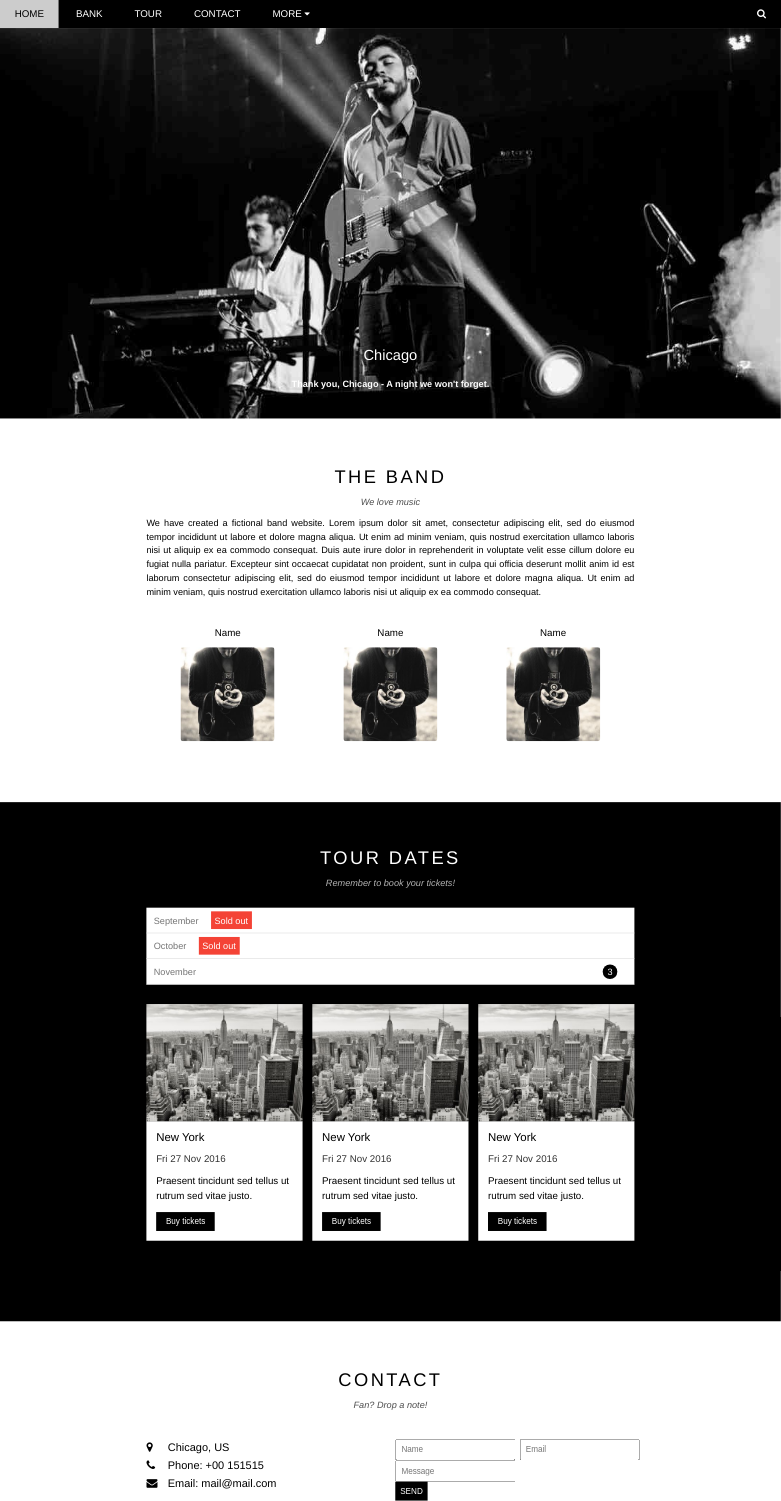
Repository: vuongtm1999/TheBand_W3School
Page: index.html
The author's editor kept a copy of each file at every save. The page is drawn from the files as they stood at one save, then again after the next save.
The browser window is 1280 px wide. The pictures show the whole page, at 61% of full size.

Above is the page before, as saved 2022-08-28 11:02:14.

### index.html
<!DOCTYPE html>
<html lang="en">
<head>
    <meta charset="UTF-8">
    <meta http-equiv="X-UA-Compatible" content="IE=edge">
    <meta name="viewport" content="width=device-width, initial-scale=1.0">
    <title>Document</title>
    <link rel="stylesheet" href="./assets/css/style.css">
    <link rel="stylesheet" href="https://cdnjs.cloudflare.com/ajax/libs/font-awesome/4.7.0/css/font-awesome.min.css">

</head>
<body>
        <div id="header">
            <!-- begin: nav -->
            <ul id="nav">
                <li><a href="#">Home</a></li>
                <li><a href="#">Bank</a></li>
                <li><a href="#">Tour</a></li>
                <li><a href="#">Contact</a></li>
                <li>
                    <a href="#">More <i style="font-size: 15px;" class="fa fa-caret-down"></i></a>
                    <ul class="subnav">
                        <li><a href="#">Merchandise</a></li>
                        <li><a href="#">Extras</a></li>
                        <li><a href="#">Media</a></li>
                    </ul>
                </li>
            </ul>
            <!-- end: nav -->

            <!-- begin: search button -->
            <div class="search-button">
                <i class="fa fa-search"></i>
            </div>
            <!-- end: search button -->
        </div>

        <div id="slider">
            <div class="text-content">
                <div class="container">
                    <h3 class=text-heading>
                        Chicago
                    </h3>
                    <div class="text-description">
                        Thank you, Chicago - A night we won't forget.
                    </div>
                </div>
            </div>
        </div>

        <div id="content">
            <!-- about section -->
            <div class="content-section">
                <h2 class="section-heading">THE BAND</h2>
                <p class="section-sub-heading">We love music</p>
                <p class="section-about-text">We have created a fictional band website. Lorem ipsum dolor sit amet, consectetur adipiscing elit, sed do eiusmod tempor incididunt ut labore et dolore magna aliqua. Ut enim ad minim veniam, quis nostrud exercitation ullamco laboris nisi ut aliquip ex ea commodo consequat. Duis aute irure dolor in reprehenderit in voluptate velit esse cillum dolore eu fugiat nulla pariatur. Excepteur sint occaecat cupidatat non proident, sunt in culpa qui officia deserunt mollit anim id est laborum consectetur adipiscing elit, sed do eiusmod tempor incididunt ut labore et dolore magna aliqua. Ut enim ad minim veniam, quis nostrud exercitation ullamco laboris nisi ut aliquip ex ea commodo consequat.</p>

                <div class="member-list">

                    <div class="col col-third">
                        <p class="member-name">Name</p>
                        <img class="member-image" src="assets/img/bandmember.jpg" alt="member">
                    </div>

                    <div class="col col-third">
                        <p class="member-name">Name</p>
                        <img class="member-image" src="assets/img/bandmember.jpg" alt="member">
                    </div>

                    <div class="col col-third">
                        <p class="member-name">Name</p>
                        <img class="member-image" src="assets/img/bandmember.jpg" alt="member">
                    </div>

                    <div class="clearFloat"></div>
                </div>
            </div>

            <!-- TOUR DATES section -->
            <div class="tour-section">
                <div class="content-section">
                    <h2 class="section-heading">TOUR DATES</h2>
                    <p class="section-sub-heading">Remember to book your tickets!</p>

                    <br>

                    <ul class="ticket-list">
                        <li>September <span class="soldout">Sold out</span></li>
                        <li>October <span class="soldout">Sold out</span></li>
                        <li>November <span class="quantity">3</span></li>
                    </ul>

                    <div class="row place-ticket">

                        <div class="col col-third">
                            <img src="assets/img/place/newyork.jpg" alt="img-ticket" class="place-img">
                            <div class="place-body">
                                <h3 class="place-city">New York</h3>
                                <p class="place-time">Fri 27 Nov 2016</p>
                                <p class="place-description">Praesent tincidunt sed tellus ut rutrum sed vitae justo.</p>
                                <button class="place-buy-tickets btn-common js-buy-ticket">Buy tickets</button>
                            </div>
                        </div>

                        <div class="col col-third">
                            <img src="assets/img/place/newyork.jpg" alt="img-ticket" class="place-img">
                            <div class="place-body">
                                <h3 class="place-city">New York</h3>
                                <p class="place-time">Fri 27 Nov 2016</p>
                                <p class="place-description">Praesent tincidunt sed tellus ut rutrum sed vitae justo.</p>
                                <button class="place-buy-tickets btn-common js-buy-ticket">Buy tickets</button>
                            </div>
                        </div>

                        <div class="col col-third">
                            <img src="assets/img/place/newyork.jpg" alt="img-ticket" class="place-img">
                            <div class="place-body">
                                <h3 class="place-city">New York</h3>
                                <p class="place-time">Fri 27 Nov 2016</p>
                                <p class="place-description">Praesent tincidunt sed tellus ut rutrum sed vitae justo.</p>
                                <button class="place-buy-tickets btn-common js-buy-ticket">Buy tickets</button>
                            </div>
                        </div>

                        <div class="clearFloat"></div>
                    </div>
                </div>
            </div>



            <!-- CONTACT section -->
            <div class="content-section">
                <h2 class="section-heading">CONTACT</h2>
                <p class="section-sub-heading">Fan? Drop a note!</p>

                <div class="row contact-items">
                    <div class="col col-half contact-info">
                        <p><i class="fa fa-map-marker" aria-hidden="true"></i>   Chicago, US</p>
                        <p><i class="fa fa-phone" aria-hidden="true"></i> Phone: +00 151515</p>
                        <p><i class="fa fa-envelope" aria-hidden="true"></i>  Email: mail@mail.com</p>
                    </div>
                    <div class="col col-half contact-form">
                        <div class="row">
                            <div class="col col-half">
                                <input type="text" placeholder="Name" class="p-8 contact-input-name">
                            </div>
                            <div class="col col-half">
                                <input type="text" placeholder="Email" class="p-8 contact-input-email">
                            </div>

                        </div>
                        <div class="row">
                            <div class="col col-full">
                                <input type="text" placeholder="Message" class="p-8 contact-input-email">
                            </div>
                        </div>

                        <button class="p-8 contact-btn-send btn-common">SEND</button>
                    </div>


                </div>

            </div>

        </div>

        <!-- Modal dialog -->
        <div class="modal js-modal">
            <div class="modal-container js-modal-container">
                <i class="fa fa-times close-icon js-close-icon" aria-hidden="true"></i>
                <header class="modal-header">
                    <i class="fa fa-suitcase mr-5"></i>
                     Tickets
                </header>
                <div class="modal-body">
                    <label for="quantity-sticket" class="modal-label">
                        <i class="fa fa-shopping-cart" aria-hidden="true"></i>
                        Tickets, $15 per person
                    </label>
                    <input type="text" id="quantity-sticket" class="quantity-sticketet" placeholder="How many?">

                    <label for="send-to-sticket" class="modal-label">
                        <i class="fa fa-user" aria-hidden="true"></i>
                        Send to
                    </label>
                    <input type="text" id="send-to-sticket" class="send-to-sticket" placeholder="Enter email" class=placeholder="Enter email">

                    <button id="btn-pay" class="btn-pay">PAY <i class="fa fa-check" aria-hidden="true"></i></button>
                </div>

                <div class="modal-footer">
                    <button class="btn-close js-close-btn">Close <i class="fa fa-times" aria-hidden="true"></i></button>

                    <div class="modal-text-help">Need <a href="#" id="btn-help">help?</a></div>
                </div>
            </div>
        </div>

        <div id="footer">

        </div>
    </div>

    <script>
        const buyBtns = document.querySelectorAll('.js-buy-ticket');
        const modal = document.querySelector('.js-modal');
        const closeBtn = document.querySelector('.js-close-btn');
        const closeIcon = document.querySelector('.js-close-icon');
        const modalContainer = document.querySelector('.js-modal-container');

        function showTicketDialog(){
            modal.classList.add('modal-open')
        }

        function hideTicketDialog(){
            modal.classList.remove('modal-open')
        }

        for(const buyBtn of buyBtns){
            buyBtn.addEventListener('click', showTicketDialog);
        }

        closeBtn.addEventListener('click', hideTicketDialog);
        closeIcon.addEventListener('click', hideTicketDialog);

        //Dong khi click ra ngoai modal
        modal.addEventListener('click', hideTicketDialog);
        modalContainer.addEventListener('click', function(even) {
            even.stopPropagation()
        });

        // buyBtns.forEach(function (buyBtn) {
        //     buyBtn.addEventListener('click', showTicketDialog())
        // })
    </script>
</body>
</html>

### assets/css/style.css
/* reset CSS */
* {
    margin: 0;
    padding: 0;
    box-sizing: border-box;
}

html {
    font-family: Helvetica, Arial, sans-serif;
}

#nav, .subnav, li{
    list-style-type: none;
}

#nav{
    display: inline-block;
}

/* Common */
.clearFloat{
    /* Khac phuc khi dung float :left */
    clear: both;
}

.btn-common{
    color: white;
    background-color: #000;
    border: none;
}

.btn-common:hover{
    background-color: #ccc;
    color: #000;
}

.row{
    margin-left: -8px;
    margin-right: -8px;
}

.col{
    float: left;
    padding-left: 8px;
    padding-right: 8px;
}

.col-full{
    width: 100%;
}

.col-half{
    width: 50%;
}

.col-third{
    width: 33.3333%;
}

.text-center{
    text-align: center;
}

.p-8{
    padding: 8px;
}

/*
Nguyen tac lam viec
1. Vi tri
2. Kich thuoc
3. Mau sac
4. Kieu dang (kieu chu, hinh tron hay hinh vuong,...)
*/

/*
Tu ngoai vao trong
Tu tren xuong duoi
TU tong quan den chi tiet
 */

#main {}

#header {
    position: fixed;
    z-index: 1;
    height: 46px;
    background-color: #000;
    color: #fff;
    top: 0;
    left: 0;
    right: 0;
}

#nav li {
    text-decoration: none;
    line-height: 46px;
}

a{
    text-decoration: none;
}

#nav > li > a {
    /* display: inline-block; */
    padding: 0px 24px;
    color: #ffffff;
    text-transform: uppercase;
}

#nav > li {
    display: inline-block;
}

#nav li:last-child {
    position: relative;
}

#nav .subnav {
    background-color: #fff;
    position: absolute;
    display: none;
    top: 100%;
    left: 0;
    box-shadow:  0px 0px 10px rgba(0, 0, 0, 0.3);
    min-width: 160px;
}

#nav .subnav a{
    color: #000;
    padding: 0px 12px;
    line-height: 30px;
    display: inline-block;
    width: 100%;
}

#nav .subnav li:hover,
#nav > li:hover > a {
    color: #000;
    background-color: #ccc;
    display: block;
}

#nav > li:last-child:hover .subnav{
    display: block;
}

/* search btn */
#header .search-button{
    float: right;
    line-height: 46px;
    padding: 0 24px;
}

#header .search-button:hover{
    background-color: #f44336;
    cursor: pointer;
}

#slider {
    /* background-color: rgb(27, 22, 22); */
    margin-top: 46px;
/* padding-top bang 50% chieu rong cua thanh phan do */
    padding-top: 50%;
    position: relative;
    background: url("/assets/img/chicago.jpg") top center / cover no-repeat;
}

#slider .text-content{
    position: absolute;
    color: white;
    bottom: 48px;

    /* cach 1 */
    /* left: 50%;
    transform: translateX(-50%); */
    /* cach 2 */
    /* left: 0;
    right: 0; */
    /* cach 3 */
    width: 100%;
    text-align: center;
}

.text-heading{
    font-size: 24px;
    font-weight: 400;
}

.text-description{
    margin-top: 25px;
    font-weight: bolder;
    font-size: 15px;
}

#content .content-section{
    width: 800px;
    padding: 64px 0;
    margin-left: auto;
    margin-right: auto;
}

.content-section .section-heading,
.content-section .section-about-text{
    margin: 15px 0px;
}

.content-section .section-heading,
.content-section .section-sub-heading{
    text-align: center;
}

.content-section .section-sub-heading{
    font-size: 15px;
    opacity: 0.7;
    font-style: italic;
}

.content-section .section-heading{
    font-size: 30px;
    font-weight: 500;
    letter-spacing: 4px;
}

.content-section .section-about-text{
    /* line-height khong co px */
    line-height: 1.5;
    font-size: 15px;
    text-align: justify;
}

.content-section .member-list{
    margin: 32px 0;
    text-align: center;
    /* Khac phuc khi dung float :left */
    /* overflow: hidden; */
}

.content-section .member-name{
    margin: 15px 0;
}

.content-section .member-image{
    width: 154px;
    border-radius: 4px;
}

/* Tour section */
.tour-section{
    background-color: #000;
    min-height: 851px;
}

/*  begin: tour section */
.tour-section .section-heading,
.tour-section .section-sub-heading{
    color: white !important;
}

.tour-section .section-heading{
    margin: 10px 0;
}

.tour-section .section-sub-heading{
    margin: 15px 0;
}

.ticket-list{
    background-color: white;
}

.ticket-list > li{
    font-size: 15px;
    padding: 12px;
    border-bottom: 1px solid #ddd;
    color: #757575;
}

.soldout{
    background-color: #f44336;
    padding: 6px;
    margin-left: 16px;
    color: #fff;
}

.quantity{
    float: right;
    margin-right: 16px;
    background-color: #000;
    width: 24px;
    height: 24px;
    border-radius: 50%;
    color: white;
    text-align: center;
    line-height: 24px;
    margin-top: -3px;
}

/* place-ticket */
.place-ticket{
    /* margin-top: 32px; */
    padding-top: 32px;
    margin-left: -8px;
    margin-right: -8px;
}

.place-item{
    float: left;
    width: 33.3333%;
    padding: 0 8px;
}

.place-img{
    width: 100%;
    display: block;
}

.place-img:hover{
    opacity: 0.7;
}

.place-body{
    background-color: white;
    color: rgb(1, 1, 1);
    padding: 16px;
}

.place-city{
    font-weight: 550;
}

.place-time{
    opacity: 0.8;
    margin: 15px 0;
}

.place-description{
    margin: 15px 0;
    line-height: 1.5;
}

.place-buy-tickets{
    padding: 8px 16px;
    display: inline-block;
}

/* modal dialog */
.modal{
    position: fixed;
    background-color: rgba(0, 0, 0, 0.3);
    top: 0;
    left: 0;
    right: 0;
    bottom: 0;

    /* display: flex; */
    align-items: center;
    justify-content: center;

    display: none;
}

.modal-open{
    display: flex !important;
}

.modal-container{
    background-color: #fff;
    width: 900px;
    min-height: 473px;
    position: relative;

    /* reponsive */
    max-width: calc(100% - 32px);
}

.modal-header {
    height: 129px;
    background-color: #009688;
    display: flex;
    align-items: center;
    justify-content: center;
    letter-spacing: 4px;
    font-weight: 400;
    font-size: 30px;
    color: #fff;
}

.mr-5{
    margin-right: 16px;
}
.close-icon{
    position: absolute;
    top: 0;
    right: 0;
    padding: 12px;
    color: #fff;
}

.close-icon:hover{
    background-color: #ccc;
    color: #000
}

.modal-body {
    padding: 0 16px;
}

.modal-label{
    display: block;
    margin: 18px 0 8px 0;
}

.quantity-sticketet,
.send-to-sticket{
    border: 1px solid #ccc;
    padding: 8px;
    font-size: 15px;
    width: 100%;
}

.btn-pay{
    margin: 16px 0;
    width: 100%;
    background-color: #009688;
    padding: 18px;
    color: #fff;
    border: none;
    font-size: 15px;
    text-transform: uppercase;
}

.btn-pay:hover{
    background-color: #ccc;
    color: #000;
    cursor: pointer;
}

.modal-footer{
    padding: 0 18px;
    margin: 16px 0;
}

.modal-text-help{
    float: right;
}

.btn-close{
    padding: 12px 16px;
    font-size: 15px;
    color: #fff;
    background-color: #f44336;
    border: none;
}

.btn-close:hover{
    cursor: pointer;
    background-color: #ccc;
    color: #000;
}

#btn-help{
    text-decoration: underline !important;
    color: #2196F3;
}

.contact-items{
    margin-top: 48px;
}

.contact-info i[class*="fa"]{
    width: 30px;
}

.contact-info {
    line-height: 1.6;
    font-size: 18px;
}

.contact-form{
    font-size: 15px;
}

.row::after{
    content: "";
    display: inline-block;
    clear: both;
}



#container {
    /* height: 500px;
    background-color: #ccc; */
}

#content {}

#footer {}

After the next save:
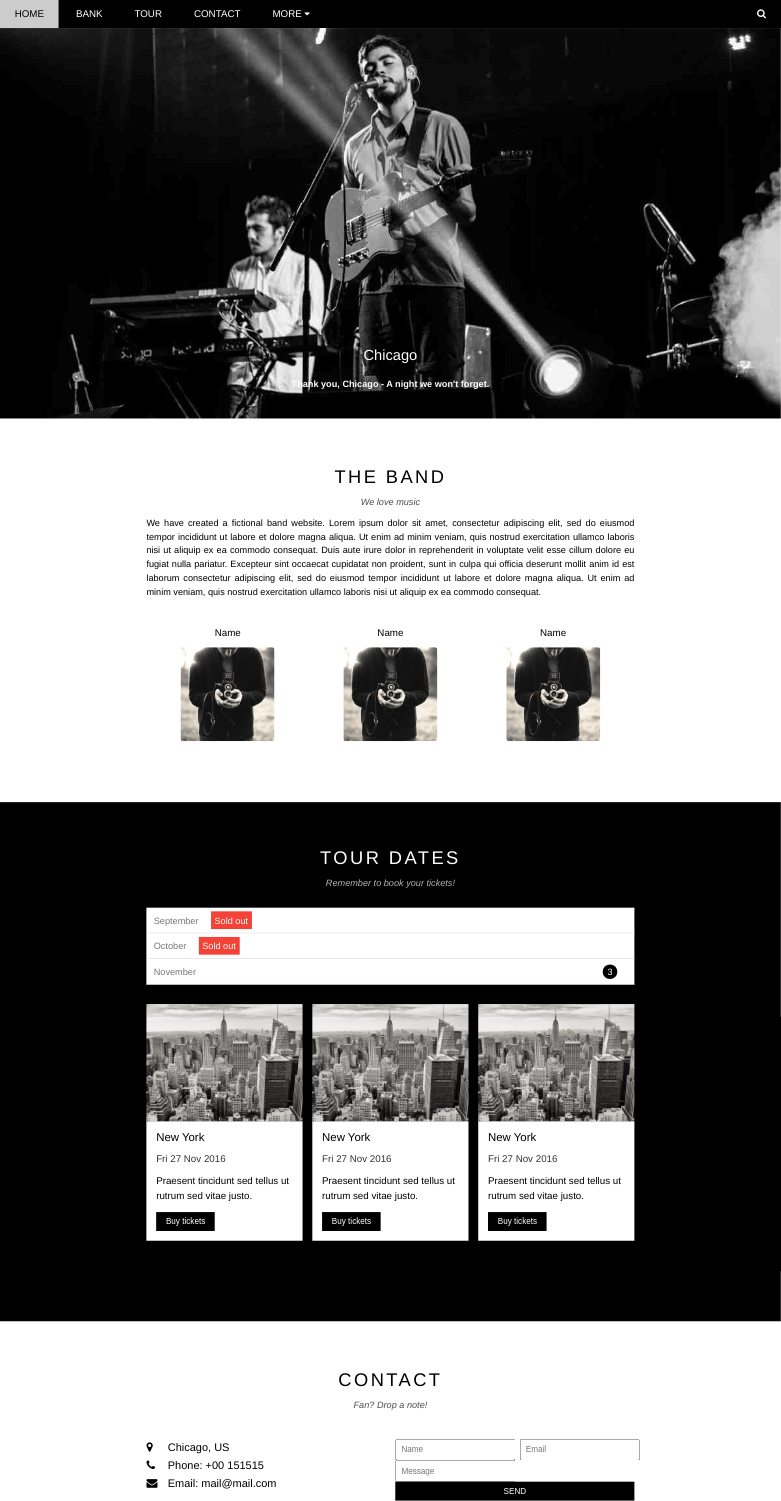
Saved 54 s later.
--- a/index.html
+++ b/index.html
@@ -156,7 +156,7 @@
                             </div>
                         </div>
 
-                        <button class="p-8 contact-btn-send btn-common">SEND</button>
+                        <button class="p-8 col-full contact-btn-send btn-common">SEND</button>
                     </div>
 
 

After the save that followed:
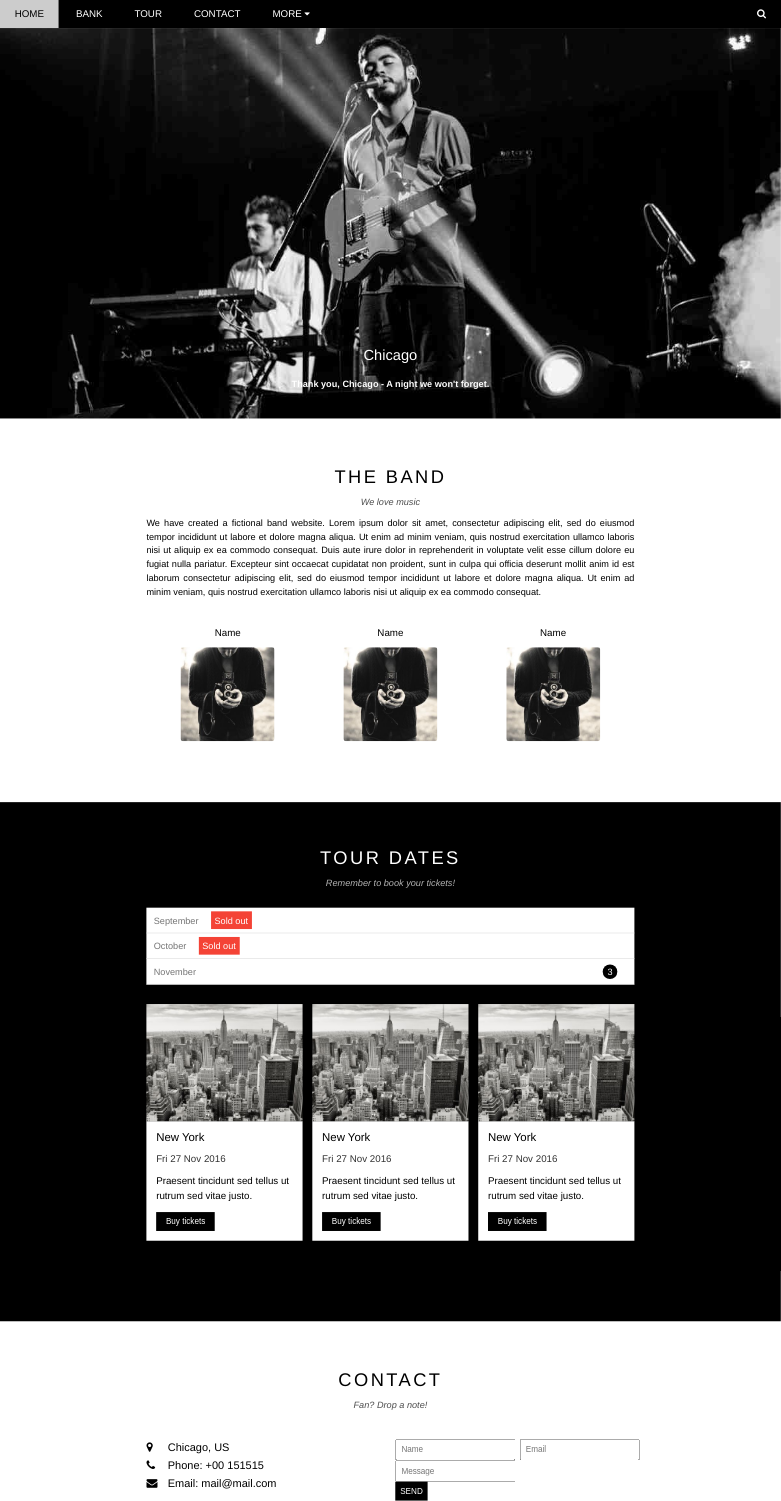
Saved 5 s later.
--- a/index.html
+++ b/index.html
@@ -156,7 +156,7 @@
                             </div>
                         </div>
 
-                        <button class="p-8 col-full contact-btn-send btn-common">SEND</button>
+                        <button class="p-8  contact-btn-send btn-common">SEND</button>
                     </div>
 
 
